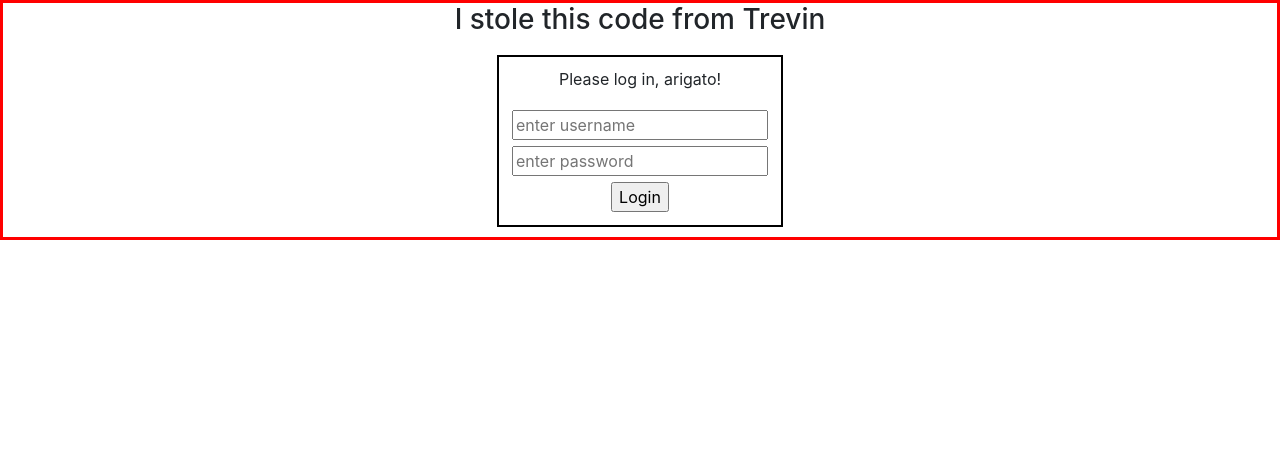
Repository: 2001usfpega/ZhenJ-code
Page: Project1/Showmethemoney/src/main/webapp/resources/css/emp_Login.html
The author's editor kept a copy of each file at every save. The page is drawn from the files as they stood at one save, then again after the next save.
The browser window is 1280 px wide. The pictures show the whole page.

Above is the page before, as saved 2020-02-08 04:11:46.

### Project1/Showmethemoney/src/main/webapp/resources/css/emp_Login.html
<!DOCTYPE html>
<html>
<head>
<meta charset="ISO-8859-1">
<title>Login</title>
<link rel="stylesheet"
	href="https://stackpath.bootstrapcdn.com/bootstrap/4.3.1/css/bootstrap.min.css"
	integrity="sha384-ggOyR0iXCbMQv3Xipma34MD+dH/1fQ784/j6cY/iJTQUOhcWr7x9JvoRxT2MZw1T"
	crossorigin="anonymous">
<link rel=stylesheet type="text/css"
	href="/Showmethemoney/resources/css/mystyles.css">
</head>
<body>

	<body>
	<div class="login-container">
		<!-- FRONT CONTROLLER EXAMPLE -->
		<h3>I stole this code from Trevin</h3>

		<form method="get" action="/HelloFrontController/login.change">
			<p>Please log in, arigato!</p>
			<input placeholder="enter username" name="username" /><br>
			<input placeholder="enter password" name="password" /><br>
			<input type="submit" value="Login" />
		</form>

		<!-- JSON SERVLET EXAMPLE -->
<!-- 		<form method="post" action="/HelloFrontController/dannyboy.json">
			<p>Json Servlet Button</p>
			<input type="submit" value="Find Danny Boy" />
		</form>
		<form method="post" action="/HelloFrontController/billy.json">
			<p>Json Servlet Button</p>
			<input type="submit" value="Find Billy" />
		</form> -->
	</div>
</body>






	<script src="https://code.jquery.com/jquery-3.3.1.slim.min.js"
		integrity="sha384-q8i/X+965DzO0rT7abK41JStQIAqVgRVzpbzo5smXKp4YfRvH+8abtTE1Pi6jizo"
		crossorigin="anonymous"></script>
	<script
		src="https://cdnjs.cloudflare.com/ajax/libs/popper.js/1.14.7/umd/popper.min.js"
		integrity="sha384-UO2eT0CpHqdSJQ6hJty5KVphtPhzWj9WO1clHTMGa3JDZwrnQq4sF86dIHNDz0W1"
		crossorigin="anonymous"></script>
	<script
		src="https://stackpath.bootstrapcdn.com/bootstrap/4.3.1/js/bootstrap.min.js"
		integrity="sha384-JjSmVgyd0p3pXB1rRibZUAYoIIy6OrQ6VrjIEaFf/nJGzIxFDsf4x0xIM+B07jRM"
		crossorigin="anonymous"></script>
</body>

</html>

### Project1/Showmethemoney/src/main/webapp/resources/css/mystyles.css
.login-container {
	display: flex;
	flex-direction: column;
    align-items: center;
    border: 3px solid red;
    text-align: center;
}

form {
	border: 2px solid black;
	padding: 10px;
	margin: 10px;
}

input {
	margin: 3px;
}

After the next save:
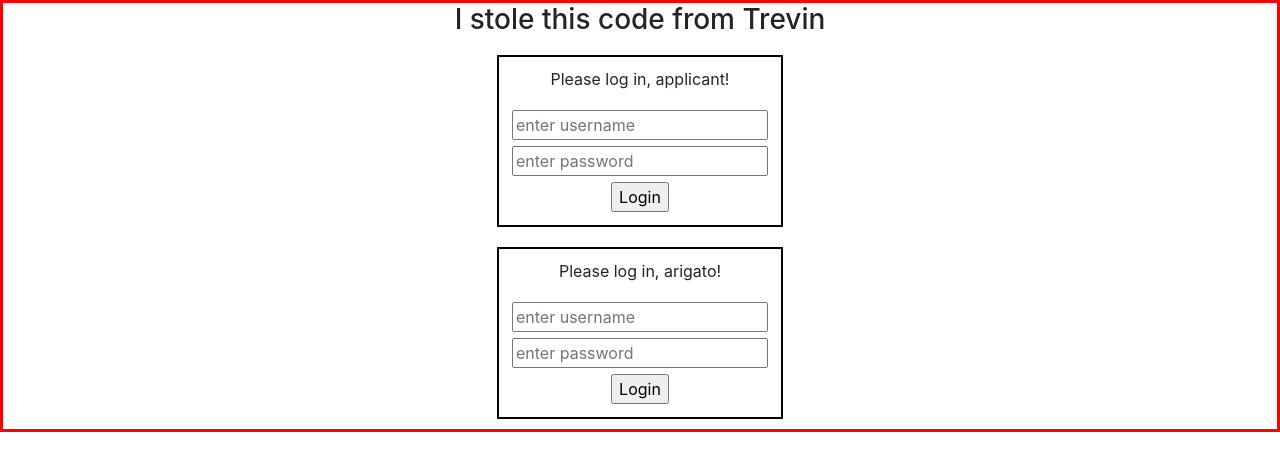
Saved 30 s later.
--- a/Project1/Showmethemoney/src/main/webapp/resources/css/emp_Login.html
+++ b/Project1/Showmethemoney/src/main/webapp/resources/css/emp_Login.html
@@ -16,6 +16,13 @@
 	<div class="login-container">
 		<!-- FRONT CONTROLLER EXAMPLE -->
 		<h3>I stole this code from Trevin</h3>
+
+		<form method="get" action="/HelloFrontController/login.change">
+			<p>Please log in, applicant!</p>
+			<input placeholder="enter username" name="username" /><br>
+			<input placeholder="enter password" name="password" /><br>
+			<input type="submit" value="Login" />
+		</form>
 
 		<form method="get" action="/HelloFrontController/login.change">
 			<p>Please log in, arigato!</p>
